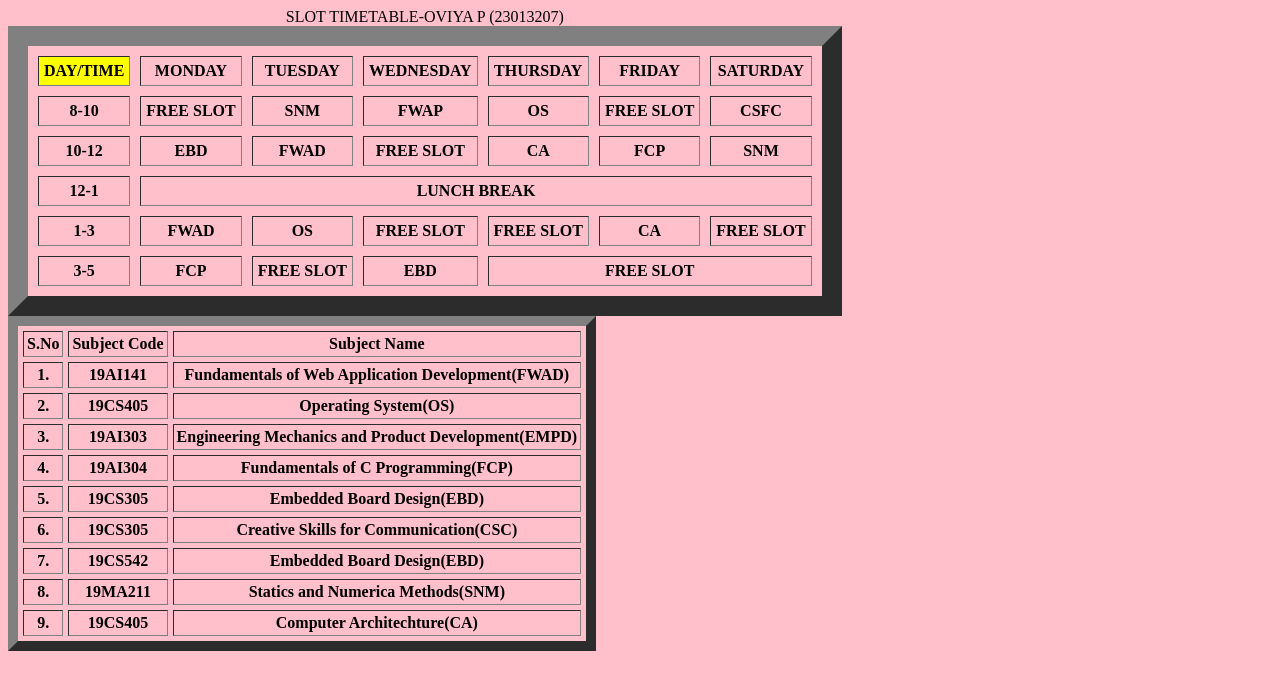
Repository: Oviya24032K6/slot
Page: oviya/static/time.html
An editor plug-in stored every save of this project. The page is shown before and after the next save, followed by the edit.
The browser window is 1280 px wide. The pictures show the whole page.

Above is the page before, as saved 2024-03-13 17:33:48.

After the next save:
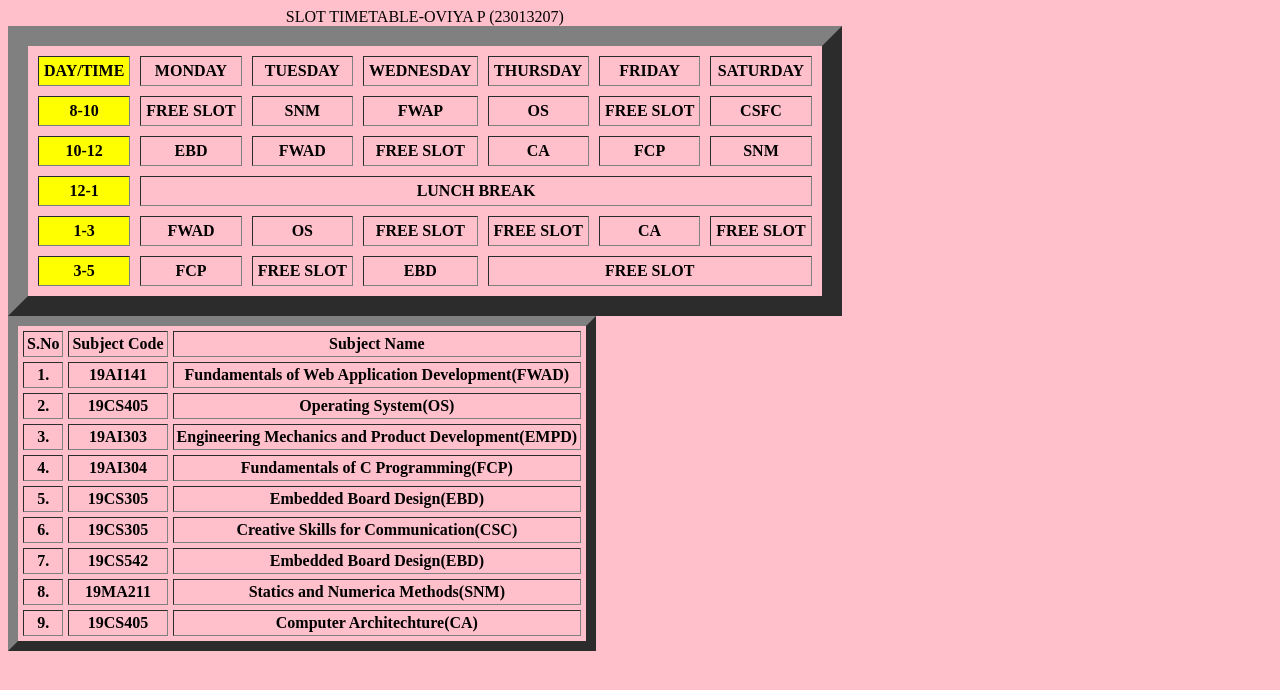
Saved 3 h 20 min later.
--- a/oviya/static/time.html
+++ b/oviya/static/time.html
@@ -15,7 +15,7 @@
             <th>SATURDAY</th>
         </tr>
         <tr>
-            <th>8-10</th>
+            <th bgcolor="yellow">8-10</th>
             <th>FREE SLOT</th>
             <th>SNM</th>
             <th>FWAP</th>
@@ -24,7 +24,7 @@
             <th>CSFC</th>
         </tr>
         <tr>
-            <th>10-12</th>
+            <th bgcolor="yellow">10-12</th>
             <th>EBD</th>
             <th>FWAD</th>
             <th>FREE SLOT</th>
@@ -33,11 +33,11 @@
             <th>SNM</th>
         </tr>
         <tr>
-            <th>12-1</th>
+            <th bgcolor="yellow">12-1</th>
             <th colspan="6">LUNCH BREAK</th>
         </tr>
         <tr>
-            <th>1-3</th>
+            <th bgcolor="yellow">1-3</th>
             <th>FWAD</th>
             <th>OS</th>
             <th>FREE SLOT</th>
@@ -46,7 +46,7 @@
             <th>FREE SLOT</th>
         </tr>
         <tr>
-            <th>3-5</th>
+            <th bgcolor="yellow">3-5</th>
             <th>FCP</th>
             <th>FREE SLOT</th>
             <th>EBD</th>
